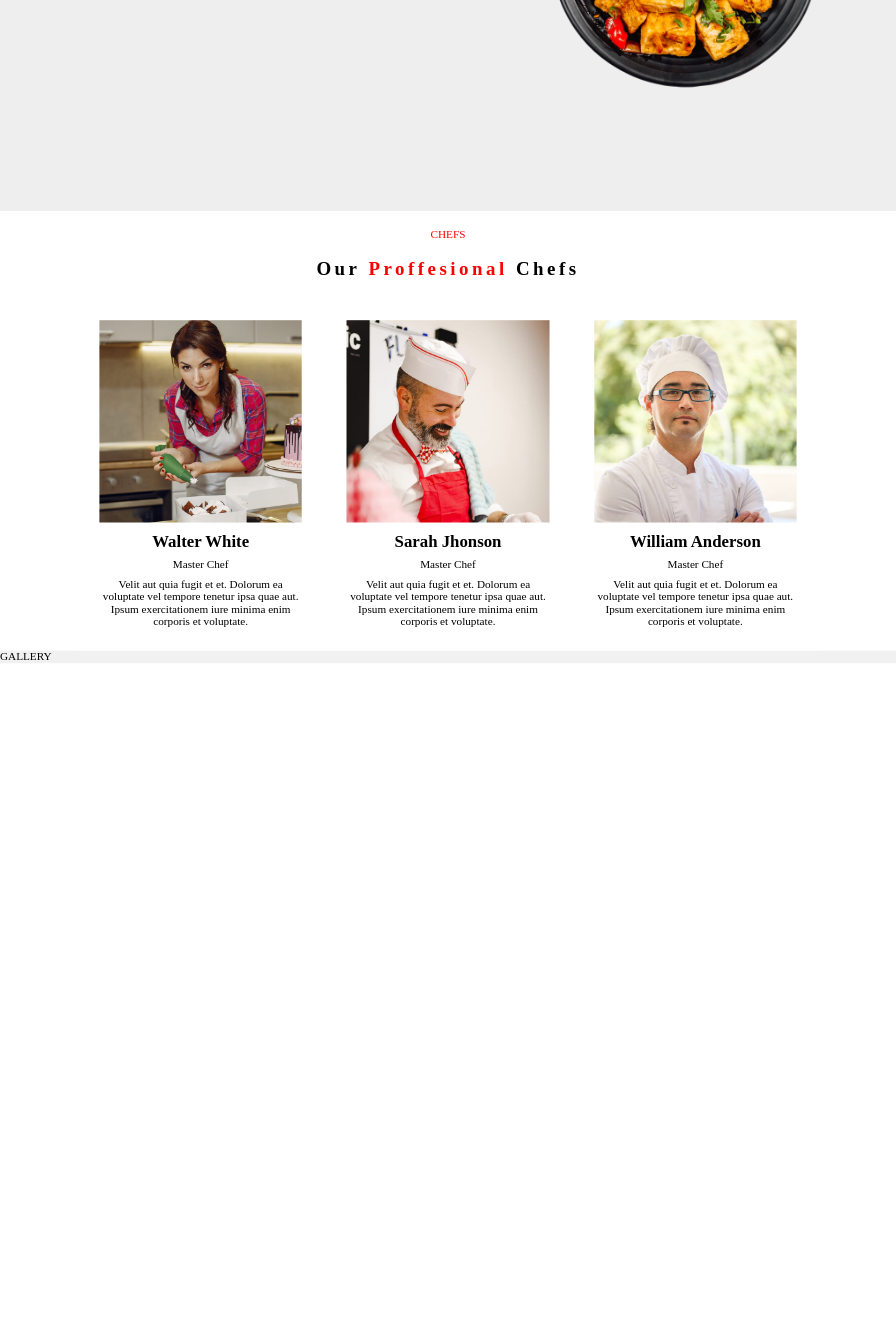
Repository: Ahmedalid/New-project
Page: Rout/index.html
The author's editor kept a copy of each file at every save. The page is drawn from the files as they stood at one save, then again after a run of saves.
The browser window is 1280 px wide. The pictures show the part of the page from y = 499 to 2419 px (the page is 5000 px tall), at 70% of full size.

Above is the page before, as saved 2023-06-08 11:29:21.

After the next 2 saves:
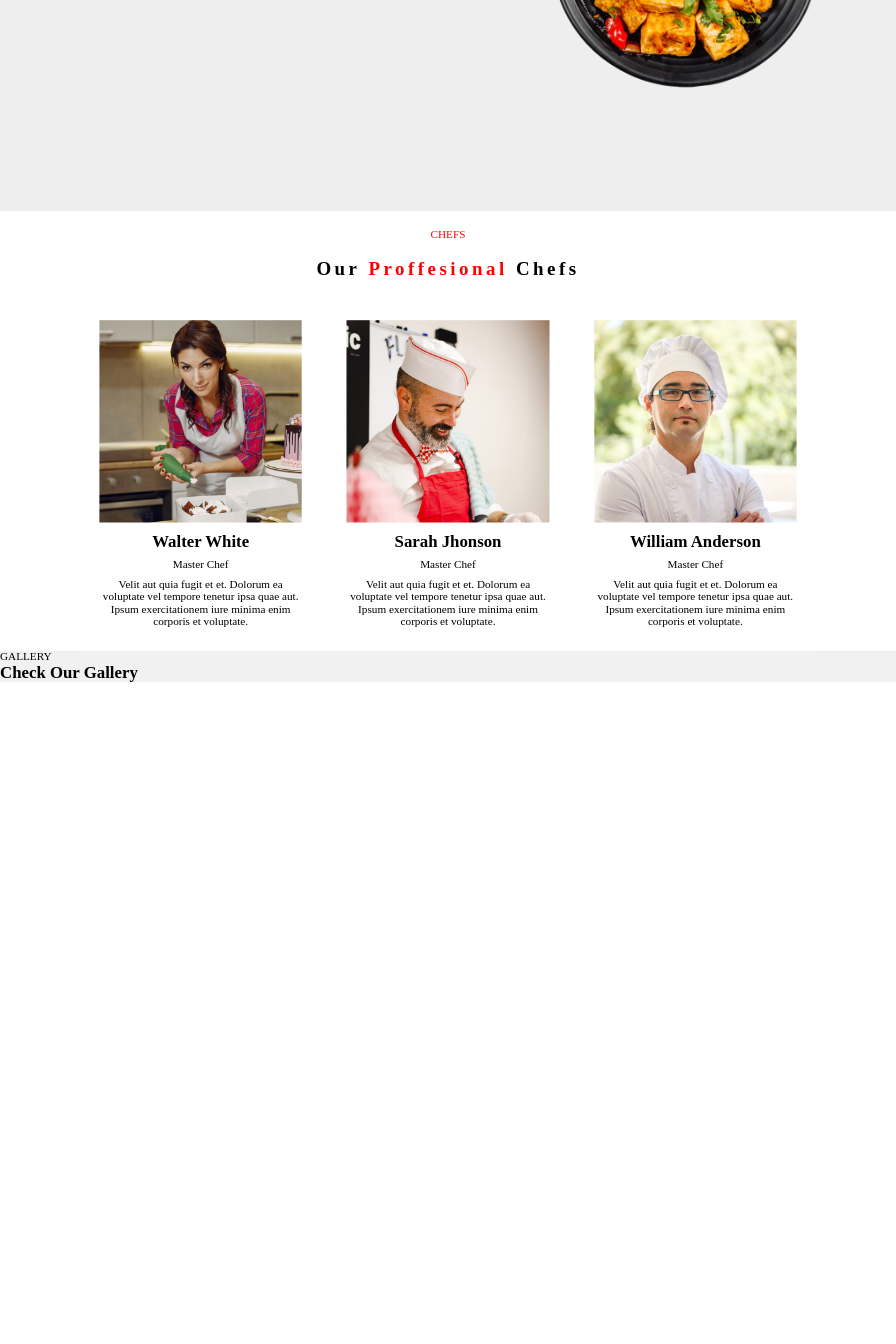
The 2 saves are shown as one change because they came seconds apart.
The last was saved 22 s later.
--- a/Rout/index.html
+++ b/Rout/index.html
@@ -113,6 +113,7 @@
     <section>
         <div class="GALLERY">
             <p>GALLERY</p>
+            <h2>Check Our Gallery</h2>
         </div>
     </section>
 </body>
